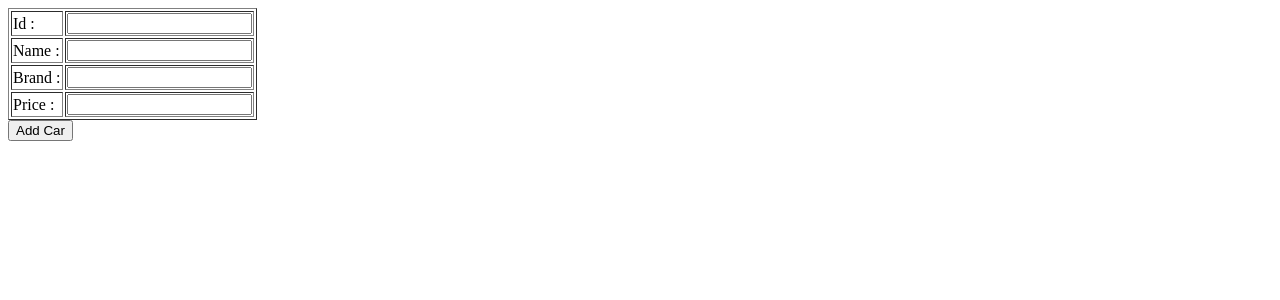
Repository: ragisd/J2EE
Page: http://localhost/cardekhowithservlets/add_car.jsp
The author's editor kept a copy of each file at every save. The page is drawn from the files as they stood at one save, then again after the next save.
The browser window is 1280 px wide. The pictures show the whole page.
The page is served by Tomcat 9.

Above is the page before, as saved 2024-03-09 06:41:29.

After the next save:
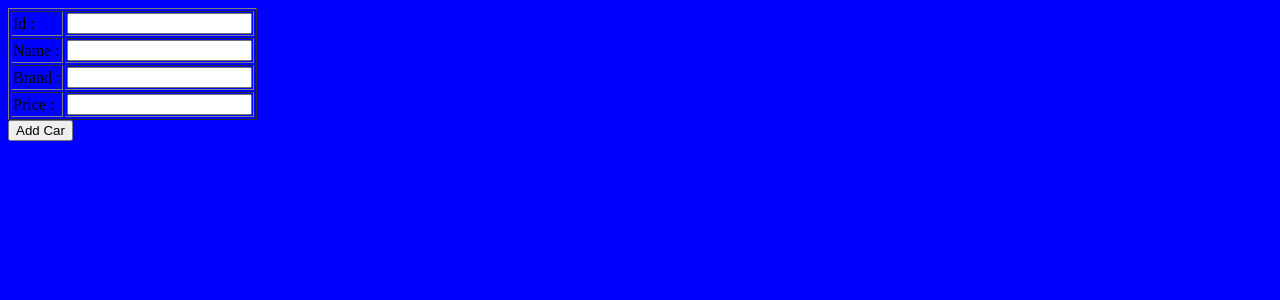
Saved 28 min 25 s later.
--- a/cardekhowithservlets/src/main/webapp/add_car.jsp
+++ b/cardekhowithservlets/src/main/webapp/add_car.jsp
@@ -5,6 +5,12 @@
 <head>
 <meta charset="ISO-8859-1">
 <title>Insert title here</title>
+
+	<style type="text/css">
+		body{
+			background-color: blue;
+		}
+	</style>
 </head>
 <body>
 	<form action="addCar" method="post">
